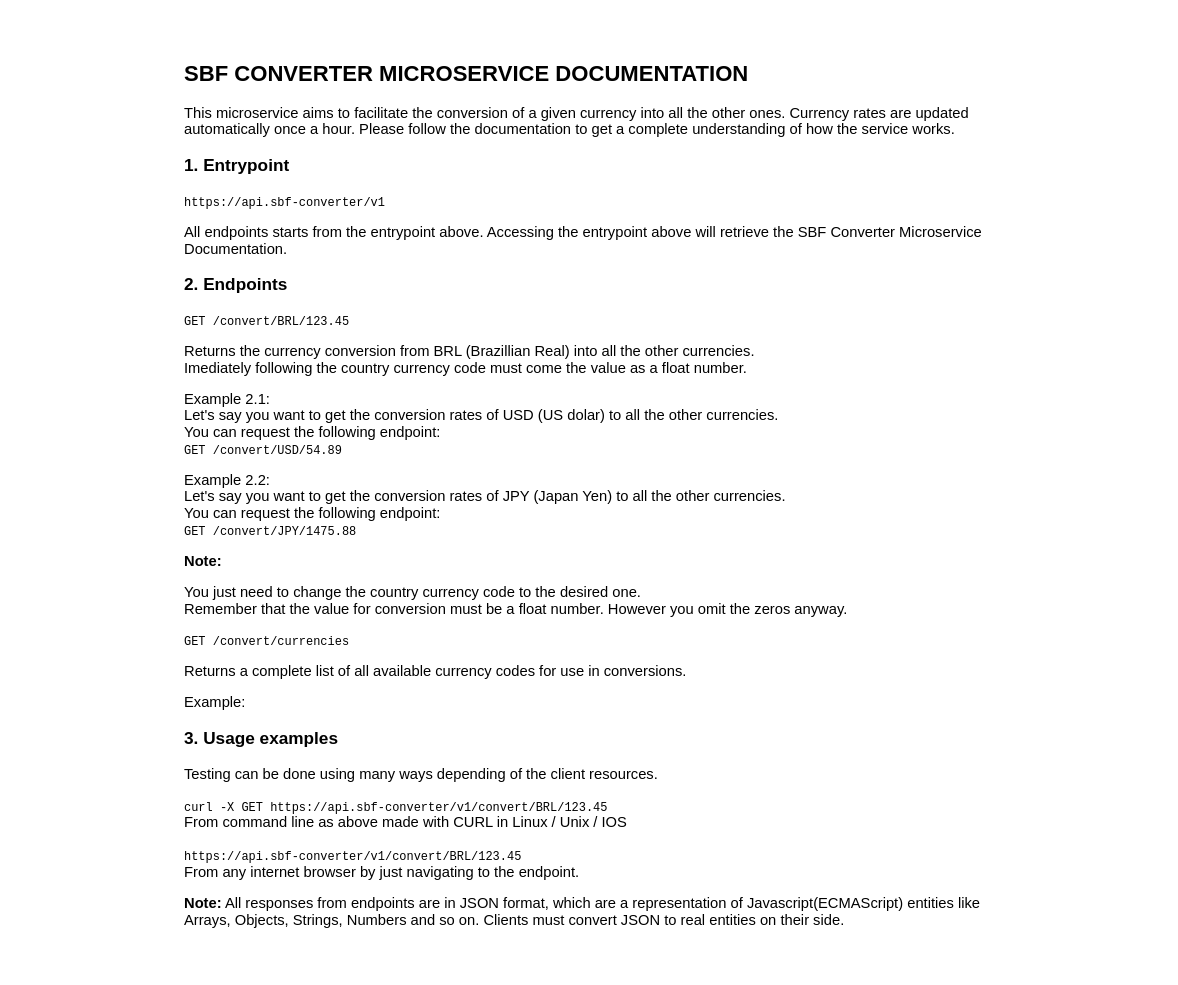
Repository: miguelamello/nestjs-restful-api
Page: documentation.html
An editor plug-in stored every save of this project. The page is shown before and after a run of saves, followed by the edit.
The browser window is 1280 px wide. The pictures show the whole page, at 92% of full size.

Above is the page before, as saved 2023-03-21 22:43:36.

### documentation.html
<!DOCTYPE html>
<html lang="en">
<head>
  <meta charset="UTF-8">
  <meta http-equiv="X-UA-Compatible" content="IE=edge">
  <meta name="viewport" content="width=device-width, initial-scale=1.0">
  <title>SBF Converter Documentation</title>
  <style>
    body {
      font-family: Arial, Helvetica, sans-serif;
      padding: 3% 15%;
    }
  </style>
</head>
<body>
  <h2>SBF CONVERTER MICROSERVICE DOCUMENTATION</h2>
  <p>
    This microservice aims to facilitate the conversion of a given currency
    into all the other ones. Currency rates are updated automatically once a hour.
    Please follow the documentation to get a complete understanding of how the service works.
  </p>

  <h3>1. Entrypoint</h3>
  <code>https://api.sbf-converter/v1</code>
  <p>
    All endpoints starts from the entrypoint above. Accessing the entrypoint
    above will retrieve the SBF Converter Microservice Documentation.
  </p>

  <h3>2. Endpoints</h3>
  <p>
    <code>GET /convert/BRL/123.45</code>
    <div>Returns the currency conversion from BRL (Brazillian Real) into all the other currencies.</div>
    <div>Imediately following the country currency code must come the value as a float number.</div>

    <p>
      <div>Example 2.1:</div>
      <div>Let's say you want to get the conversion rates of USD (US dolar) to all the other currencies.</div>
      <div>You can request the following endpoint:</div>
      <code>GET /convert/USD/54.89</code>
    </p>

    <p>
      <div>Example 2.2:</div>
      <div>Let's say you want to get the conversion rates of JPY (Japan Yen) to all the other currencies.</div>
      <div>You can request the following endpoint:</div>
      <code>GET /convert/JPY/1475.88</code>
    </p>

    <p>
      <b>Note:</b>
      <div>You just need to change the country currency code to the desired one.</div>
      <div>Remember that the value for conversion must be a float number. However you omit the zeros anyway.</div>
    </p>
  </p>

  <p>
    <code>GET /convert/currencies</code>
    <div>Returns a complete list of all available currency codes for use in conversions.</div>

    <p>Example:</p>
  </p>

  <h3>3. Usage examples</h3>

  <p>Testing can be done using many ways depending of the client resources.</p>

  <code>curl -X GET https://api.sbf-converter/v1/convert/BRL/123.45</code>
  <div>From command line as above made with CURL in Linux / Unix / IOS</div>
  <br>
  <code>https://api.sbf-converter/v1/convert/BRL/123.45</code>
  <div>From any internet browser by just navigating to the endpoint.</div>

  <p>
    <b>Note:</b> All responses from endpoints are in JSON format, which are a
    representation of Javascript(ECMAScript) entities like Arrays, Objects,
    Strings, Numbers and so on. Clients must convert JSON to real entities
    on their side.
  </p>

</body>
</html>

After the next 2 saves:
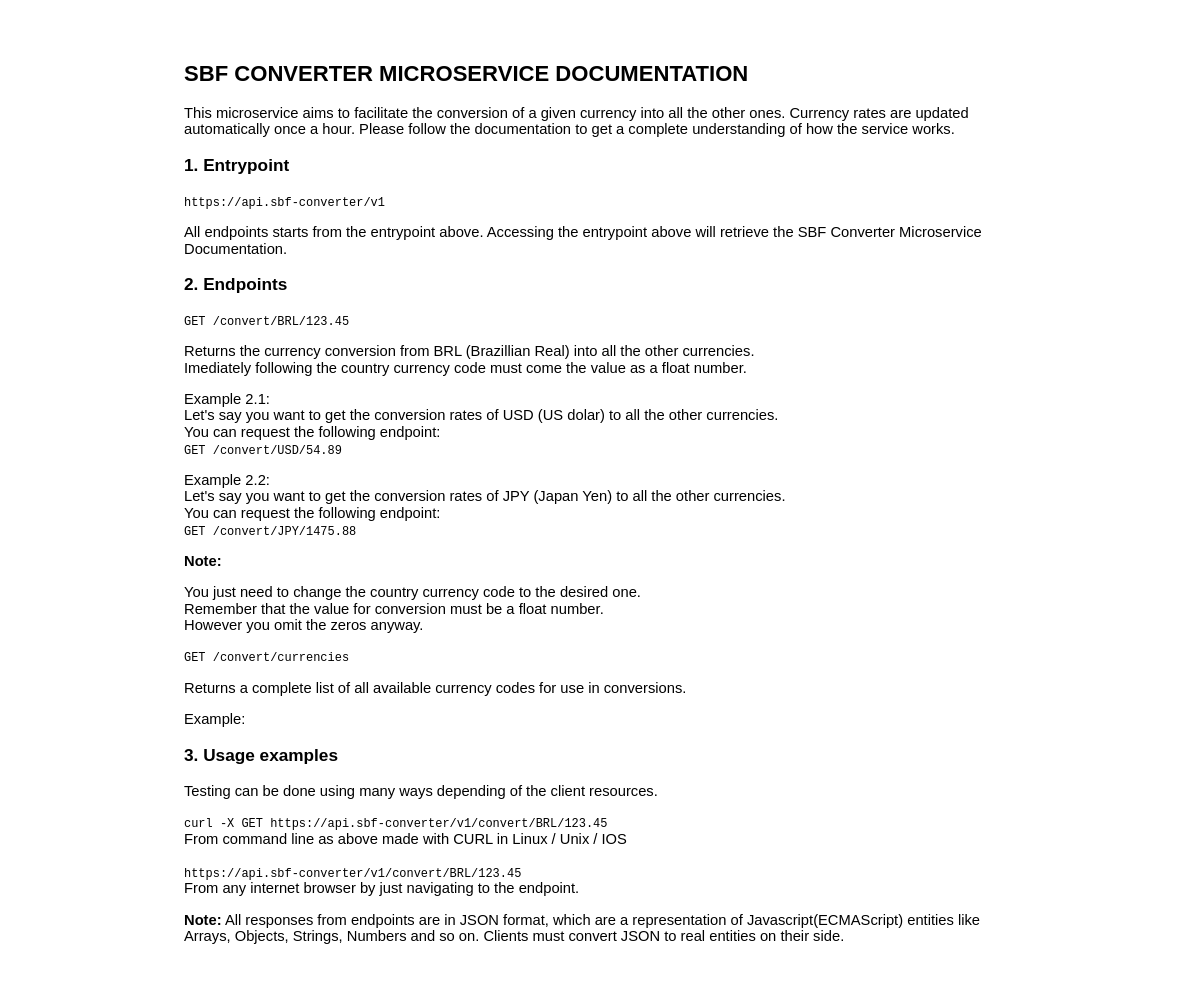
The 2 saves are shown as one change because they came seconds apart.
The last was saved 13 s later.
--- a/documentation.html
+++ b/documentation.html
@@ -50,7 +50,8 @@
     <p>
       <b>Note:</b>
       <div>You just need to change the country currency code to the desired one.</div>
-      <div>Remember that the value for conversion must be a float number. However you omit the zeros anyway.</div>
+      <div>Remember that the value for conversion must be a float number.</div>
+      However you omit the zeros anyway.
     </p>
   </p>
 
